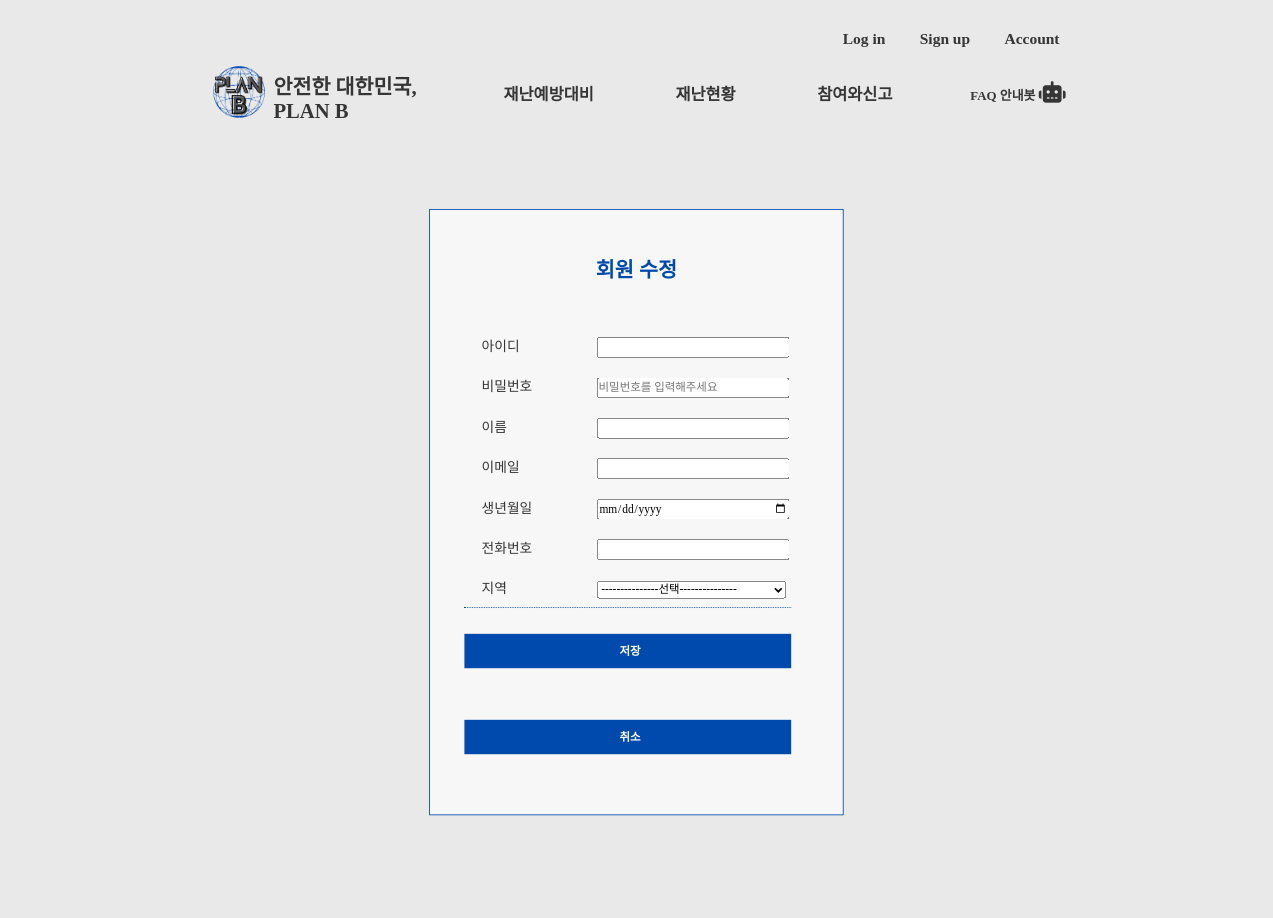
Repository: finalteam4/final
Page: http://localhost/member/update
An editor plug-in stored every save of this project. The page is shown before and after the next save, followed by the edit.
The browser window is 1280 px wide. The page is 1480 px wide, so the pictures cover 1480 px, including what lies to the right of the window. The pictures show the whole page, at 86% of full size.
Some web libraries are served in a nearby version. The page is this project's Thymeleaf template; nobody is signed in. The template is opened directly, without the code that normally fills it, so the values that code supplies are empty.

Above is the page before, as saved 2024-02-08 06:57:09.

After the next save:
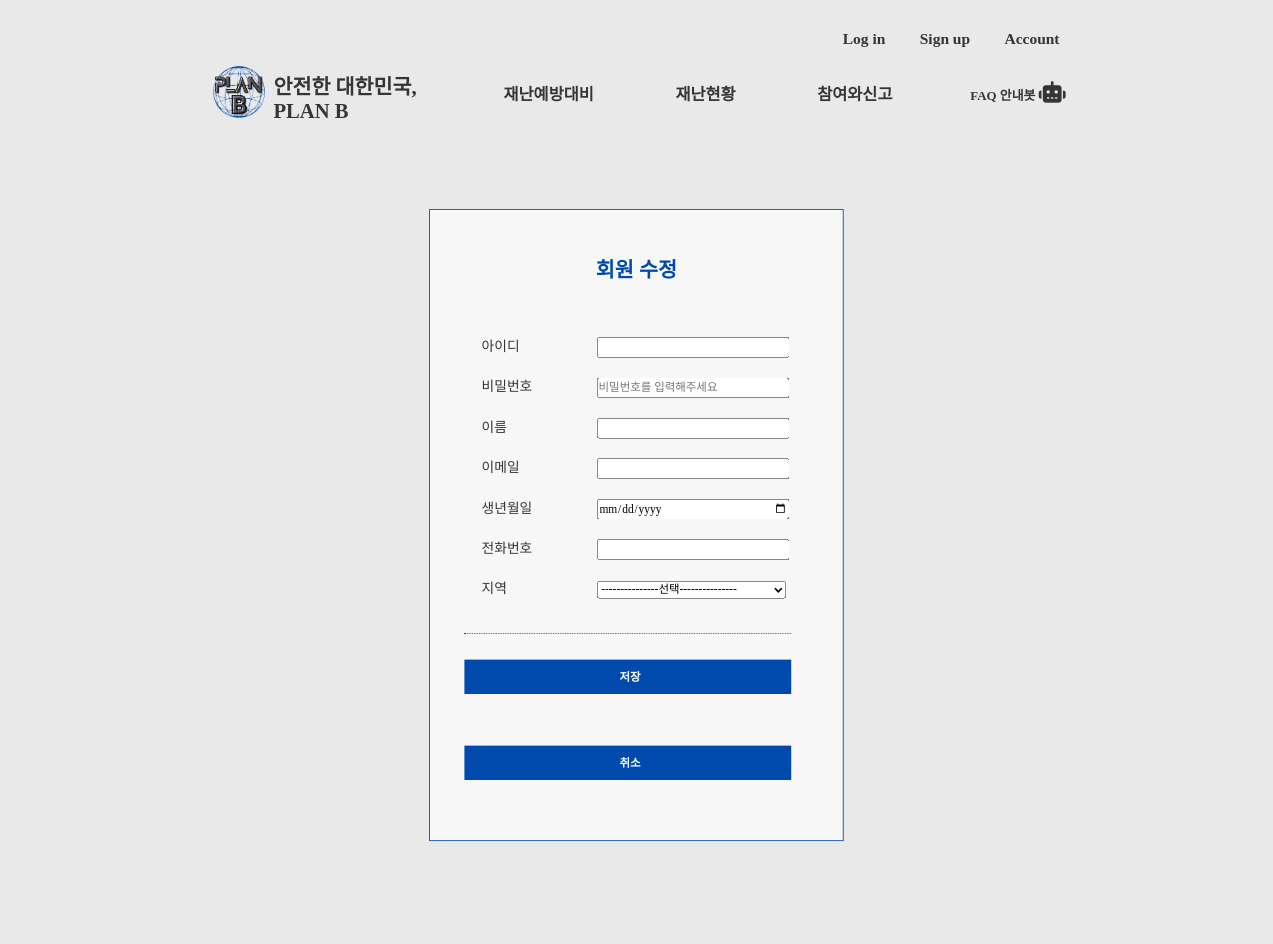
Saved 17 s later.
--- a/final/src/main/resources/static/css/style.css
+++ b/final/src/main/resources/static/css/style.css
@@ -311,6 +311,7 @@
     font-weight: bold;
   }
  .line3 {
+  margin-top: 30px;
   border-top: 1px dotted #004aad;
   width: 380px;
   }

After the save that followed:
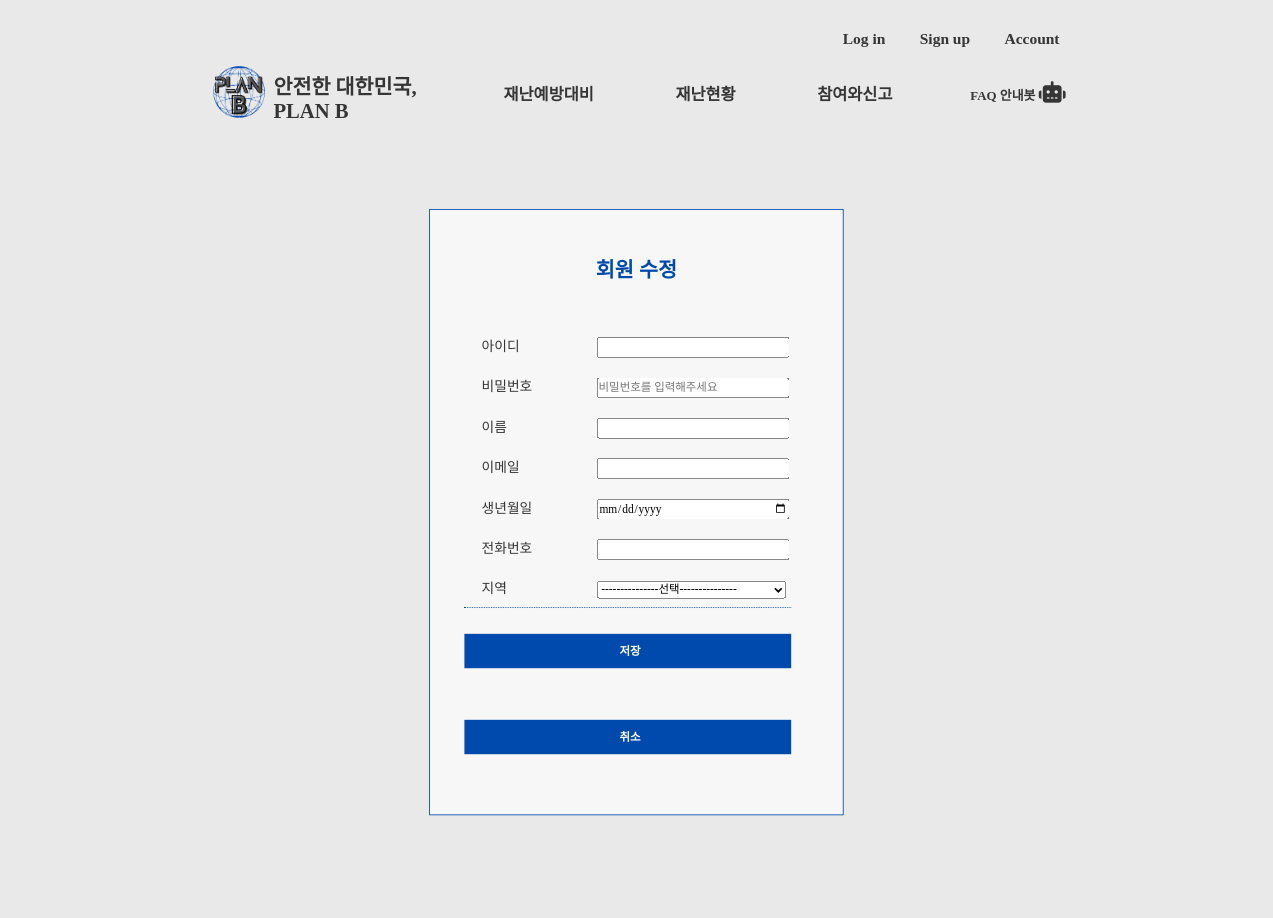
Saved 9 s later.
--- a/final/src/main/resources/static/css/style.css
+++ b/final/src/main/resources/static/css/style.css
@@ -311,7 +311,7 @@
     font-weight: bold;
   }
  .line3 {
-  margin-top: 30px;
+  margin-top: 30px 10px;
   border-top: 1px dotted #004aad;
   width: 380px;
   }
